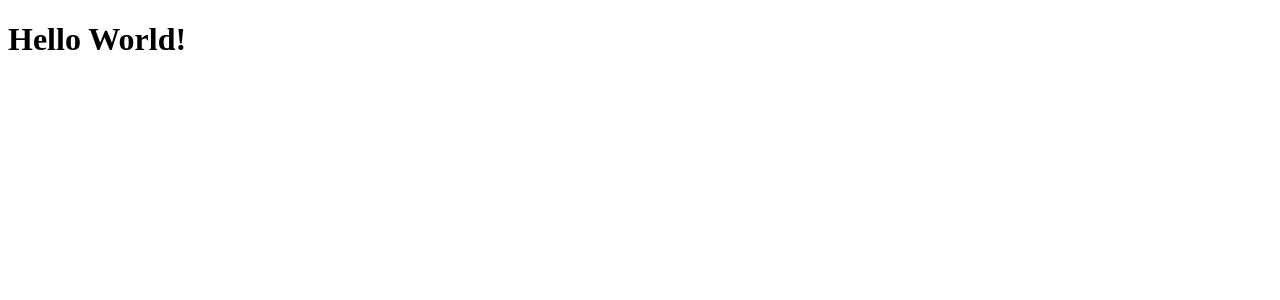
Repository: adder206/Travel_Advisor
Page: /
These files come from the project's save history. The page is drawn as it stood at one moment and after the next save; the edit follows.
The browser window is 1280 px wide. The pictures show the whole page.
The project was rebuilt for these pictures with package versions that can differ from the ones it lists, and the page was loaded fresh each time.

Above is the page before, as saved 2021-09-26 09:05:46.

### src/index.js
import React from 'react';
import ReactDom from 'react-dom';

import App from './App';

ReactDom.render(<App/>,document.getElementById('root'));

### src/App.js
import React from "react";

const App = () => {
    return (
        <div>
            <h1>Hello World!</h1>
        </div>
    );
}

export default App;

### src/components/Header/Header.jsx
import React from 'react';

const Header = () => {
    return (
        <h1>Header</h1>
    );
}

export default Header;

### src/components/List/List.jsx
import React from 'react';

const List = () => {
    return (
        <h1>List</h1>
    );
}

export default List;

### src/components/Map/Map.jsx
import React from 'react';

const Map = () => {
    return (
        <h1>Map</h1>
    );
}

export default Map;

Loaded but not shown: public/index.html (common file)

After the next save:
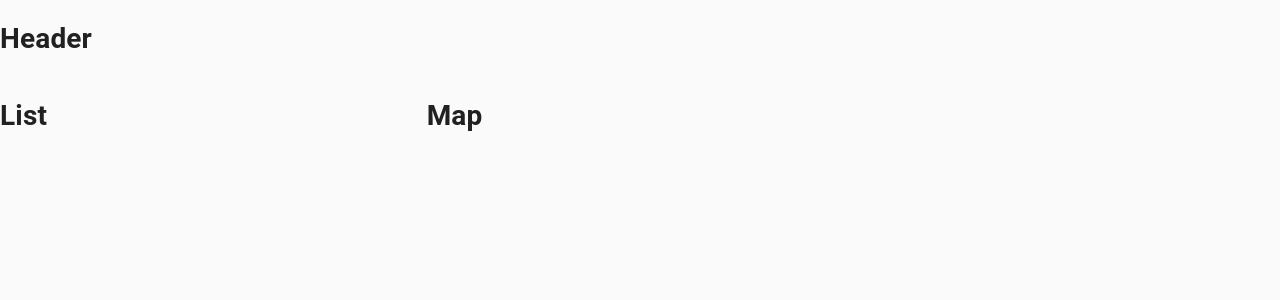
Saved 11 min 5 s later.
--- a/src/App.js
+++ b/src/App.js
@@ -1,10 +1,24 @@
 import React from "react";
+import  {CssBaseline, Grid} from '@material-ui/core';
+
+import Header from './components/Header/Header';
+import List from './components/List/List';
+import Map from './components/Map/Map';
 
 const App = () => {
     return (
-        <div>
-            <h1>Hello World!</h1>
-        </div>
+        <>
+            <CssBaseline />
+            <Header />
+            <Grid container spacing={3} style={{width: '100%'}}>
+                <Grid item xs={12} md={4}>
+                    <List />
+            </Grid>
+                <Grid item xs={12} md={8}>
+                        <Map />
+                </Grid>
+            </Grid>
+        </>
     );
 }
 
